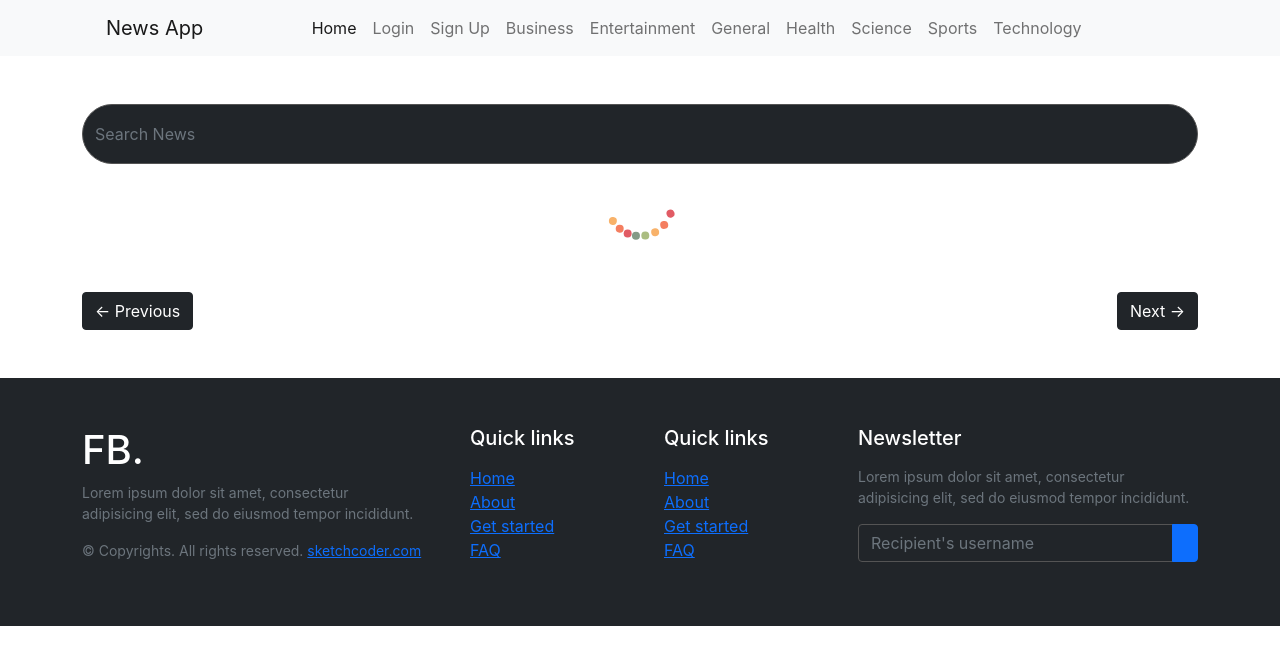
Repository: ZainAkbar51214/News-Site
Page: /
The author's editor kept a copy of each file at every save. The page is drawn from the files as they stood at one save, then again after a run of saves.
The browser window is 1280 px wide. The pictures show the whole page.
The page's requests for data from a server got no answer. The project was rebuilt for these pictures with package versions that can differ from the ones it lists, and the page was loaded fresh each time. No one was signed in, and anything a server would have sent is missing. Also part of the build but not shown: src/Components/pages/Login.jsx, src/Components/pages/SignUp.jsx, src/Components/Layouts/NewsItem.js.

Above is the page before, as saved 2023-12-18 04:38:59.

### public/index.html
<!DOCTYPE html>
<html lang="en">
  <head>
    <meta charset="utf-8" />
    <link rel="icon" href="%PUBLIC_URL%/favicon.ico" />
    <meta name="viewport" content="width=device-width, initial-scale=1" />
    <meta name="theme-color" content="#000000" />
    <meta
      name="description"
      content="Web site created using create-react-app"
    />
    <link rel="apple-touch-icon" href="%PUBLIC_URL%/logo192.png" />

    <link rel="manifest" href="%PUBLIC_URL%/manifest.json" />

    <title>News App</title>
    <!-- Bootstrap cdn -->
    <link href="https://cdn.jsdelivr.net/npm/bootstrap@5.0.2/dist/css/bootstrap.min.css" rel="stylesheet" integrity="sha384-EVSTQN3/azprG1Anm3QDgpJLIm9Nao0Yz1ztcQTwFspd3yD65VohhpuuCOmLASjC" crossorigin="anonymous">
  </head>
  <body>
    <noscript>You need to enable JavaScript to run this app.</noscript>
    <div id="root"></div>


    <!-- Bootstrap Script -->
    <script src="https://cdn.jsdelivr.net/npm/@popperjs/core@2.9.2/dist/umd/popper.min.js" integrity="sha384-IQsoLXl5PILFhosVNubq5LC7Qb9DXgDA9i+tQ8Zj3iwWAwPtgFTxbJ8NT4GN1R8p" crossorigin="anonymous"></script>
<script src="https://cdn.jsdelivr.net/npm/bootstrap@5.0.2/dist/js/bootstrap.min.js" integrity="sha384-cVKIPhGWiC2Al4u+LWgxfKTRIcfu0JTxR+EQDz/bgldoEyl4H0zUF0QKbrJ0EcQF" crossorigin="anonymous"></script>
  </body>
</html>

### src/App.js
import React from "react";
import {
  BrowserRouter as Router,
  Switch,
  Route
} from "react-router-dom";
import Navbar from './Components/Header/Navbar';
import Footer from './Components/Footer/Footer';
import Login from "./Components/pages/Login";
import SignUp from "./Components/pages/SignUp";
import News from "./Components/Layouts/News";

function App() {
  return (
    <Router>
      <Navbar />
        <Switch>
          <Route path="/" exact><News key="general" pageSize={5} country="in" category="general" /></Route>
          <Route path="/business" exact><News key="business" pageSize={5} country="in" category="business" /></Route>
          <Route path="/entertainment" exact><News key="entertainment" pageSize={5} country="in" category="entertainment" /></Route>
          <Route path="/health" exact><News key="health" pageSize={5} country="in" category="health" /></Route>
          <Route path="/science" exact><News key="science" pageSize={5} country="in" category="science" /></Route>
          <Route path="/sports" exact><News key="sports" pageSize={5} country="in" category="sports" /></Route>
          <Route path="/technology" exact><News key="technology" pageSize={5} country="in" category="technology" /></Route>
          <Route path="/login">
            <Login />
          </Route>
          <Route path="/sign-up">
            <SignUp />
          </Route>
        </Switch>
      <Footer />
  </Router>
  );
}

export default App;

### src/Components/Header/Navbar.jsx
import React, { Component } from 'react';
import { Link } from 'react-router-dom';

class Navbar extends Component {
    render() {
        return (
            <div>
                <div className="container-fluid bg-light">
                <div className="container">
                    <div className="row">
                        <div className="col-md-12">
                            <nav className="navbar navbar-expand-lg navbar-light">
                                <div className="container-fluid">
                                    <Link className="navbar-brand" to="/">News App</Link>
                                    <button className="navbar-toggler" type="button" data-bs-toggle="collapse" data-bs-target="#navbarSupportedContent" aria-controls="navbarSupportedContent" aria-expanded="false" aria-label="Toggle navigation">
                                        <span className="navbar-toggler-icon"></span>
                                    </button>
                                    <div className="collapse navbar-collapse" id="navbarSupportedContent">
                                        <ul className="navbar-nav mx-auto mb-2 mb-lg-0">
                                            <li className="nav-item">
                                                <Link className="nav-link active" aria-current="page" to="/">Home</Link>
                                            </li>
                                            <li className="nav-item">
                                                <Link className="nav-link" to="/login">Login</Link>
                                            </li>
                                            <li className="nav-item">
                                                <Link className="nav-link" to="/sign-up">Sign Up</Link>
                                            </li>
                                            <li className="nav-item">
                                                <Link className="nav-link" to="/business">Business</Link>
                                            </li>
                                            <li className="nav-item">
                                                <Link className="nav-link" to="/entertainment">Entertainment</Link>
                                            </li>
                                            <li className="nav-item">
                                                <Link className="nav-link" to="/">General</Link>
                                            </li>
                                            <li className="nav-item">
                                                <Link className="nav-link" to="/health">Health</Link>
                                            </li>
                                            <li className="nav-item">
                                                <Link className="nav-link" to="/science">Science</Link>
                                            </li>
                                            <li className="nav-item">
                                                <Link className="nav-link" to="/sports">Sports</Link>
                                            </li>
                                            <li className="nav-item">
                                                <Link className="nav-link" to="/technology">Technology</Link>
                                            </li>
                                        </ul>
                                    </div>
                                </div>
                            </nav>
                        </div>
                    </div>
                </div>
            </div>
            </div>
        );
    }
}

export default Navbar;

### src/Components/Footer/Footer.jsx
import React from "react";
import { Link } from "react-router-dom";
import '../Footer/Footer.css';

const Navbar = () => {
    return (
        <>
            <div className="d-flex flex-column h-100" style={{overflow: 'hidden'}}>
                {/* <!-- FOOTER --> */}
                <footer className="w-100 py-4 flex-shrink-0">
                    <div className="container py-4">
                        <div className="row gy-4 gx-5">
                            <div className="col-lg-4 col-md-6">
                                <h5 className="h1 text-white">FB.</h5>
                                <p className="small text-muted">Lorem ipsum dolor sit amet, consectetur adipisicing elit, sed do eiusmod tempor incididunt.</p>
                                <p className="small text-muted mb-0">&copy; Copyrights. All rights reserved. <Link className="text-primary" to="https://sketchcoder.com" target="_blank">sketchcoder.com</Link></p>
                            </div>
                            <div className="col-lg-2 col-md-6">
                                <h5 className="text-white mb-3">Quick links</h5>
                                <ul className="list-unstyled text-muted">
                                    <li><Link to="#">Home</Link></li>
                                    <li><Link to="#">About</Link></li>
                                    <li><Link to="#">Get started</Link></li>
                                    <li><Link to="#">FAQ</Link></li>
                                </ul>
                            </div>
                            <div className="col-lg-2 col-md-6">
                                <h5 className="text-white mb-3">Quick links</h5>
                                <ul className="list-unstyled text-muted">
                                    <li><Link to="#">Home</Link></li>
                                    <li><Link to="#">About</Link></li>
                                    <li><Link to="#">Get started</Link></li>
                                    <li><Link to="#">FAQ</Link></li>
                                </ul>
                            </div>
                            <div className="col-lg-4 col-md-6">
                                <h5 className="text-white mb-3">Newsletter</h5>
                                <p className="small text-muted">Lorem ipsum dolor sit amet, consectetur adipisicing elit, sed do eiusmod tempor incididunt.</p>
                                <form action="#">
                                    <div className="input-group mb-3">
                                        <input className="form-control" type="text" placeholder="Recipient's username" aria-label="Recipient's username" aria-describedby="button-addon2" />
                                        <button className="btn btn-primary" id="button-addon2" type="button"><i className="fas fa-paper-plane"></i></button>
                                    </div>
                                </form>
                            </div>
                        </div>
                    </div>
                </footer>
            </div>
        </>
    )
}

export default Navbar;

### src/Components/Layouts/News.js
import React, { Component } from 'react';
import NewsItem from './NewsItem';
import Spinner from '../Spinner';
import PropTypes from 'prop-types';

class News extends Component {

    static defaultProps = {
        country: 'in',
        pageSize: 8,
        category: 'general'
      }
    static propTypes = {
        country: PropTypes.string,
        pageSize: PropTypes.number,
        category: PropTypes.string,

      }

    constructor(){
        super();
        this.state = {
            articles: [],
            loading: false,
            page: 1
        }
    }

    async componentDidMount(){
        let url =    `https://newsapi.org/v2/top-headlines?country=${this.props.country}&category=${this.props.category}&apiKey=e5869a5b7afe45f0975749f435cea4b5&page=${this.state.page - 1}&pageSize=${this.props.pageSize}`;
        this.setState({loading: true});
        let data = await fetch(url);
        let passData = await data.json();
        console.log(passData);
        this.setState({
            articles: passData.articles,
            totalResults: passData.totalResults,
            loading: false
        })

    }

    handPrevClick = async () => {
        console.log("prev");
        let url =    `https://newsapi.org/v2/top-headlines?country=${this.props.country}&category=${this.props.category}&apiKey=e5869a5b7afe45f0975749f435cea4b5&page=${this.state.page - 1}&pageSize=${this.props.pageSize}`;
        this.setState({loading: true});
        let data = await fetch(url);
        let passData = await data.json();
        console.log(passData);

        this.setState({
            page: this.state.page - 1,
            articles: passData.articles,
            loading: false
        })
    }
    handNextClick = async () => {
        console.log("Next");
        if(!(this.state.page + 1 > Math.ceil(this.state.totalResults/this.props.pageSize))){

        let url =  `https://newsapi.org/v2/top-headlines?country=${this.props.country}&category=${this.props.category}&apiKey=e5869a5b7afe45f0975749f435cea4b5&page=${this.state.page + 1}&pageSize=${this.props.pageSize}`;
        this.setState({loading: true});
        let data = await fetch(url);
        let passData = await data.json();
        console.log(passData);

        this.setState({
            page: this.state.page + 1,
            articles: passData.articles,
            loading: false
        })
        }
    }



    render() {
        return (
            <div className='container-fluid'>
                <div className='container'>
                    <div className='row'>
                        <div className='col-lg-12 mt-5'>
                            <input type='search' placeholder='Search News' className='form-control form-news' />
                        </div>
                    </div>
                    {
                        this.state.loading &&
                        <div className='row'>
                            <div className='col-lg-12 text-center'>
                                <Spinner />
                            </div>
                        </div>
                    }
                    <div className='row'>
                        {!this.state.loading && this.state.articles.map((element) => {
                           return element.urlToImage?<div className='col-lg-4 col-md-6 mt-5' key={element.url}>
                           <NewsItem title={element.title?element.title.slice(0, 45): ""} description={element.description?element.description.slice(0, 86): ""} imageUrl={element.urlToImage} newsUrl={element.url} />
                       </div>
                       :""
                        })}

                    </div>

                   <div className='row'>
                   <div className='col-lg-12 d-flex justify-content-between mt-5 mb-5'>
                        <button disabled={this.state.page<1} type='button' className='btn btn-dark' onClick={this.handPrevClick}>&larr; Previous</button>
                        <button disabled={this.state.page + 1 > Math.ceil(this.state.totalResults/this.props.pageSize)} type='button' className='btn btn-dark' onClick={this.handNextClick}>Next &rarr;</button>
                    </div>
                   </div>
                </div>
            </div>
        );
    }
}

export default News;

### src/Components/Footer/Footer.css
/* ==========================================
    FOR DEMO PURPOSE
  ========================================== */

  .text-small {
    font-size: 0.9rem;
  }

  .form-control {
    background: #212529;
    border-color: #545454;
  }

  .form-control:focus {
    background: #212529;
  }

  footer {
    background: #212529;
  }

### src/Components/Spinner.jsx
import React, { Component } from 'react';
import loading from '../img/index.svg';

class Spinner extends Component {
    render() {
        return (
            <div>
                <img src={loading} alt="loading" />
            </div>
        );
    }
}

export default Spinner;

### src/App.css
.App {
  text-align: center;
}

.App-logo {
  height: 40vmin;
  pointer-events: none;
}

@media (prefers-reduced-motion: no-preference) {
  .App-logo {
    animation: App-logo-spin infinite 20s linear;
  }
}

.App-header {
  background-color: #282c34;
  min-height: 100vh;
  display: flex;
  flex-direction: column;
  align-items: center;
  justify-content: center;
  font-size: calc(10px + 2vmin);
  color: white;
}

.App-link {
  color: #61dafb;
}

@keyframes App-logo-spin {
  from {
    transform: rotate(0deg);
  }
  to {
    transform: rotate(360deg);
  }
}

/* Login Css */
.bg-login{
  background: rgb(34,193,195);
  background: linear-gradient(135deg, rgba(34,193,195,1) 0%,     rgba(253,187,45,1) 100%);
  font-family: "work sans";
  padding: 100px 0;
  display: flex;
  justify-content: center;
}
#loginform{
  max-width: 500px;
  min-width: 300px;
  width: 30%;
  background-color: #FFFFFF;
  border-radius: 25px;
}

#headerTitle{
  text-align: center;
  font-family: 'open sans', sans-serif;
  padding: 2rem 0;
  margin: 0;
  font-size: 2rem;
}

.row-lab{
  display: flex;
  flex-direction: column;
  align-items: center;
  padding-top: 2rem;
  max-width: 100%;

}

.row-lab input{
  width: 80%;
  box-sizing: border-box;
	border: none;
  font-size: 1.3rem;
  padding-left: 1.5rem;
  padding-bottom: 1rem;
  box-shadow: inset 0px -3px 0px 0px rgba(187,187,187,0.2);
  transition: box-shadow 0.2s ease-in;
}

.row-lab input:focus{
   box-shadow: inset 0px -3px 0px 0px rgba(34,193,195,0.7);
   outline: none;
}

.row-lab input::-webkit-input-placeholder{
  opacity: 1;
  transition: opacity 0.25s ease-out;
}

.row-lab input:hover::-webkit-input-placeholder,
.row-lab input:focus::-webkit-input-placeholder{
  opacity: 0;
}

.row-lab label{
  align-self: start;
  padding-left: 4.5rem;
  padding-bottom: 0.5rem;
  color: rgba(187,187,187,0.9);
}

.row-lab button{
  border-radius: 25px;
  width: 80%;
  height: 40px;
  font-size: 1.3rem;
  color: white;
  font-weight: 700;
  background: rgb(34,193,195);
  background: linear-gradient(90deg, rgba(34,193,195,1) 0%,     rgba(253,187,45,1) 100%);
  border: 0px;
  cursor: pointer;
  transition: opacity 0.25s ease-out;
}

.row-lab button:hover{
  opacity: 0.8;
}

#button{
  padding-bottom: 1.5rem;
}

#facebookIcon{
  background-image:      url("https://image.flaticon.com/icons/svg/145/145802.svg");
  background-repeat: no-repeat;
  width: 3rem;
  height: 3rem;
}

#twitterIcon{
  background-image: url("https://image.flaticon.com/icons/svg/145/145812.svg");
  background-repeat: no-repeat;
  width: 3rem;
  height: 3rem;
}

#googleIcon{
  background-image: url("https://image.flaticon.com/icons/svg/145/145804.svg");
  background-repeat: no-repeat;
  width: 3rem;
  height: 3rem;
}

#iconGroup{
  display: flex;
  justify-content: center;
  padding: 2rem 0;
}

#iconGroup a{
  margin: 0 0.6rem;
}

#alternativeLogin {
   text-align: center;
   padding-top: 2rem;
   margin-top: 1.5rem;
}


/* News Css start */
.form-news{
  height: 60px;
  border-radius: 100px;
}

Loaded but not shown: src/index.js (common file); src/index.css (common file); src/reportWebVitals.js (common file)

After the next 2 saves:
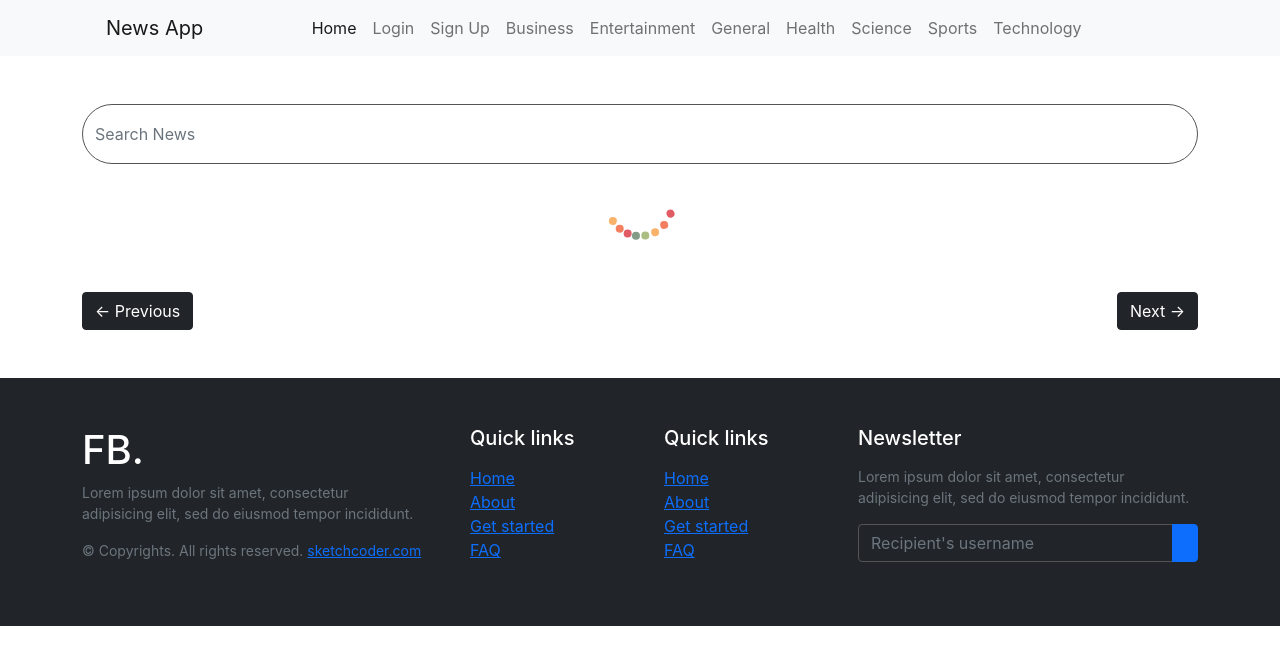
The 2 saves are shown as one change because they came seconds apart.
The last was saved 11 s later.
--- a/src/App.css
+++ b/src/App.css
@@ -168,4 +168,5 @@
 .form-news{
   height: 60px;
   border-radius: 100px;
+  background-color: transparent;
 }
